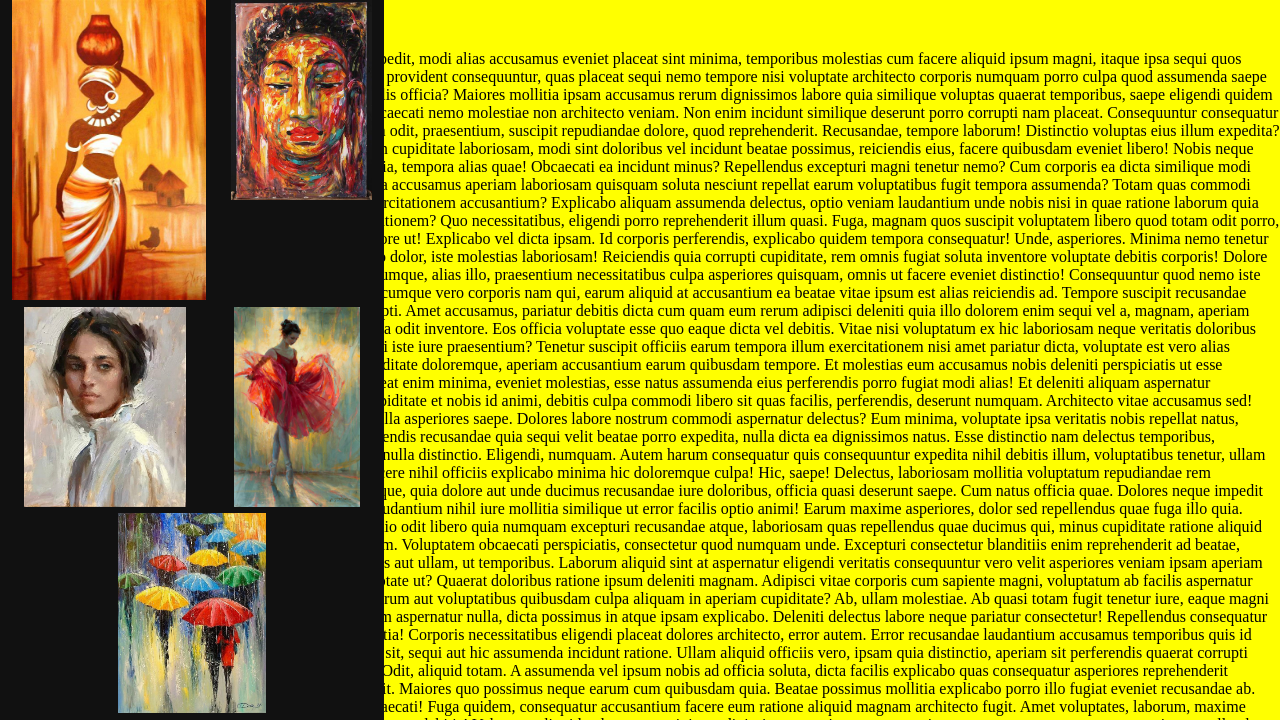
Repository: prathyushaa5/artgallery
Page: index/artists.html
The author's editor kept a copy of each file at every save. The page is drawn from the files as they stood at one save, then again after the next save.
The browser window is 1280 px wide. The pictures show the whole page.
An inner scrolling area shows only its first screen.

Above is the page before, as saved 2023-11-20 21:00:18.

After the next save:
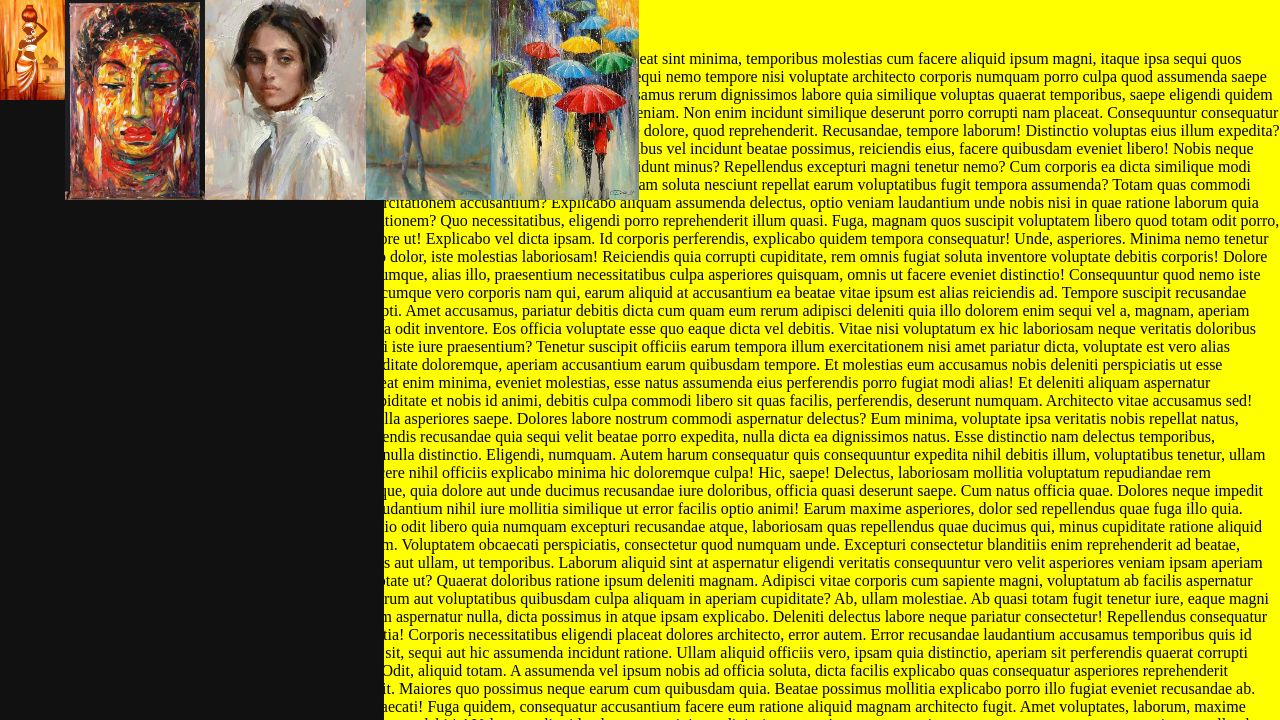
Saved 52 s later.
--- a/index/artists.html
+++ b/index/artists.html
@@ -19,10 +19,10 @@ body{
     left:0;
     width:30%;
     display:flex;
-    flex-wrap:wrap;
-    justify-content:space-around;
 }
-
+#img1{
+    height:100px;
+}
 #part2{
     height:100vh;
     background-color: yellow;
@@ -31,7 +31,7 @@ body{
 </style>
 <body>
 <div id="part1">
-    <img src="../images/artist1.jpg" class="img" height="300">
+    <img src="../images/artist1.jpg" id="img1">
     <img src="../images/artist2.jpg" class="img" height="200">
     <img src="../images/artist3.jpg" class="img" height="200">
     <img src="../images/artist4.jpg" class="img" height="200">
